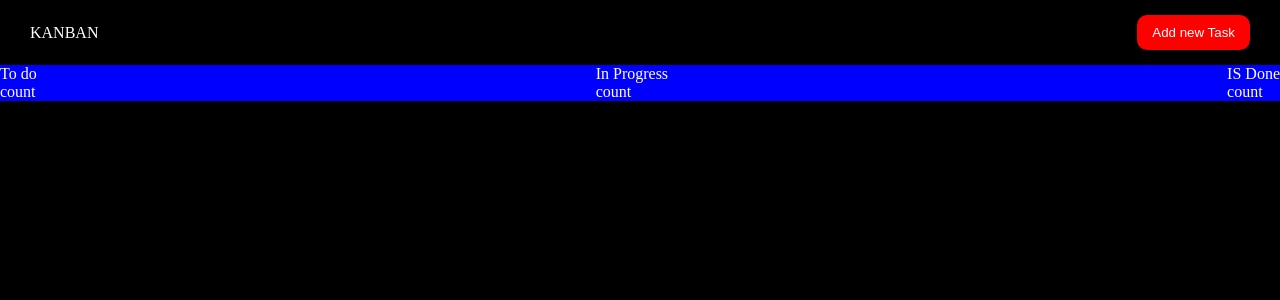
Repository: Sandeepji-5/Kanban-board
Page: index.html
An editor plug-in stored every save of this project. The page is shown before and after the next save, followed by the edit.
The browser window is 1280 px wide. The pictures show the whole page.

Above is the page before, as saved 2025-12-08 18:07:04.

### index.html
<!DOCTYPE html>
<html lang="en">
<head>
    <meta charset="UTF-8">
    <meta name="viewport" content="width=device-width, initial-scale=1.0">
    <title>Document</title>
    <link rel="stylesheet" href="style.css">
</head>
<body>
    <main>
        <nav>
            <div class="left">KANBAN</div>
            <div class="right"><button>Add new Task</button></div>
        </nav>
        <section class="board">
            <div class="time-column">
                <div class="hweading">
                    <div class="left">To do </div>
                    <div class="right">count</div>
                </div>
            </div>
            <div class="time-column">
                <div class="heading">
                    <div class="left">In Progress</div>
                    <div class="right">count</div>
                </div>
            </div>
            <div class="time-column">
                <div class="heading">
                    <div class="left">IS Done </div>
                    <div class="right"> count</div>
                </div>
            </div>
        </section>


    </main>
    <script src="kanban.js"></script>
</body>
</html>

### style.css
* {
    margin: 0;
    padding: 0;

    box-sizing: border-box;
}

html,
body {
    width: 100%;
    height: 100%;

}

:root {
    --bg-color: #0000000;
    --bg-button-color: red
    --primary-text-color: #f4f4f4;

    /* padding 1 rem 2 rem */
    --nav-padding: 15px 30px;
    --section-padding: 15px 30px;
    --padding-s: 5px;
    --padding-m: 10px;
    --padding-l: 15px;
    --padding-xl: 20px;
    --padding-xxl: 30px;


    /* border radius variable  */



    --border-radius-s:5px;
    --border-radius-m:10px;
    --border-radius-l:15px;
    --border-radius-xl:20px;
    --border-radius-xxl:30px;


}

body {
    background-color: black;
    color: white;
}

nav{
    padding: var(--nav-padding);
    display: flex;
    align-items: center;
    justify-content: space-between;

}
nav button{
    background-color: red;
    color: white;
    border: none;
    outline: none;
    padding: var(  --padding-m) var(  --padding-l);
    cursor: pointer;
    border-radius:var(--border-radius-m) ;

}


section{
    padding:v;
    display: flex;
    justify-content: space-between;
    background-color: blue;

}

Loaded but not shown: kanban.js (no copy from this time; the picture is the same without it)

After the next save:
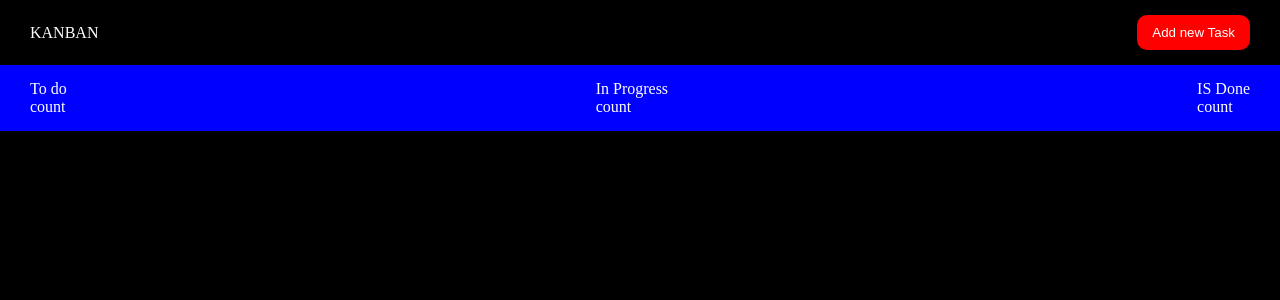
Saved 14 s later.
--- a/style.css
+++ b/style.css
@@ -65,7 +65,7 @@ nav button{
 
 
 section{
-    padding:v;
+    padding:var(--section-padding);
     display: flex;
     justify-content: space-between;
     background-color: blue;
